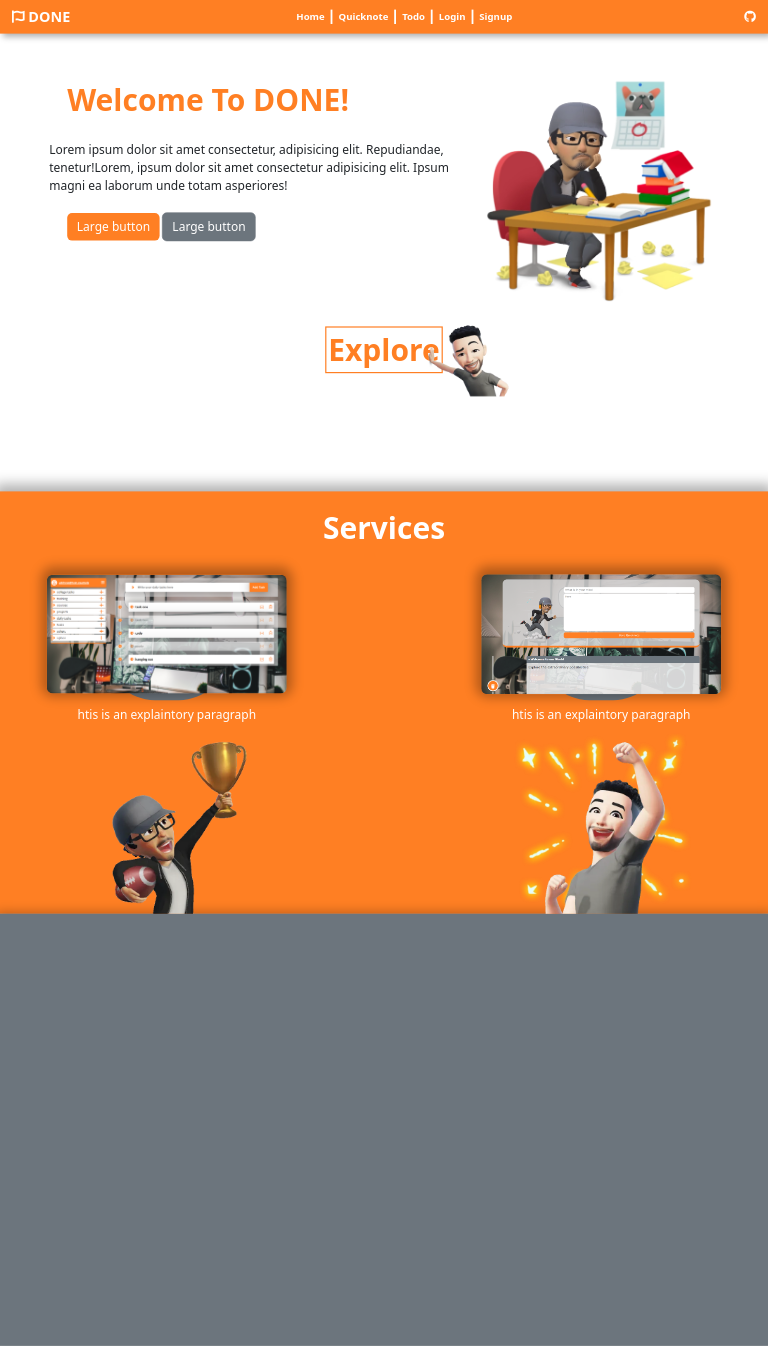
Repository: OmarEssameldinMousa/DONE
Page: index.html
The author's editor kept a copy of each file at every save. The page is drawn from the files as they stood at one save, then again after the next save.
The browser window is 1280 px wide. The pictures show the whole page, at 60% of full size.
Some web fonts or font styles are not loaded; a fallback is used.

Above is the page before, as saved 2023-12-18 11:08:00.

After the next save:
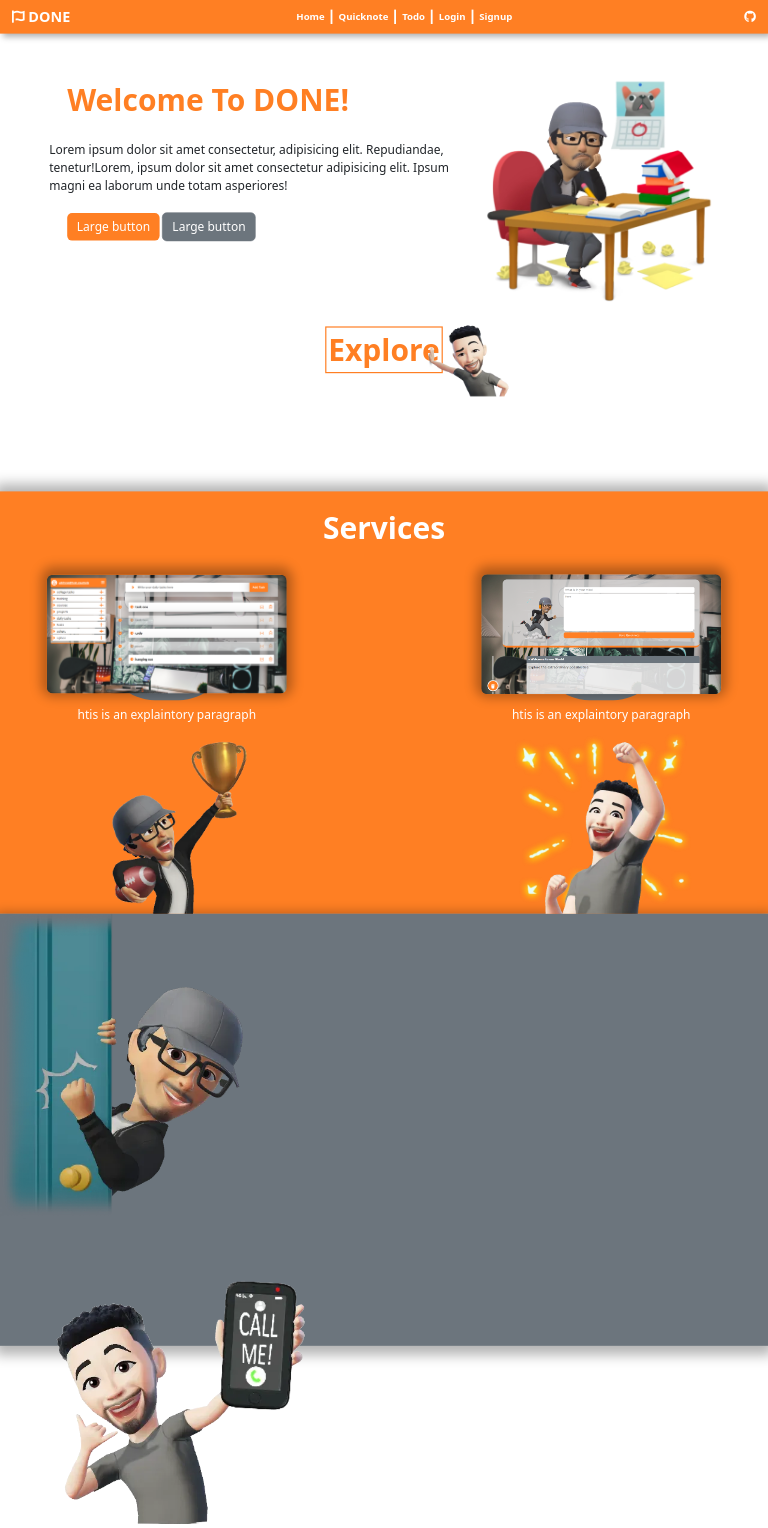
Saved 3 min 18 s later.
--- a/index.html
+++ b/index.html
@@ -98,7 +98,9 @@
 
 
     <div class="snippests" id="tododemo1">
-
+        <img src="images/omarcallme.jpg" alt="">
+        <div class="contactinfo"></div>
+        <img src="images/callmekemo.jpg" alt="">
     </div>
     <footer>
 
